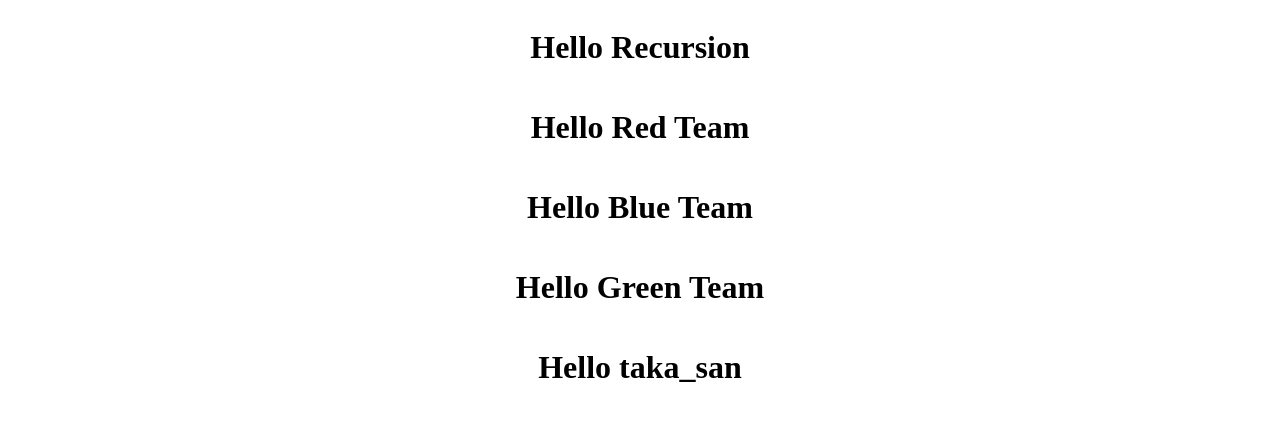
Repository: teamdev-testBlue/task1
Page: index.html
These files come from the project's save history. The page is drawn as it stood at one moment and after the next save; the edit follows.
The browser window is 1280 px wide. The pictures show the whole page.

Above is the page before, as saved 2023-03-19 23:30:25.

### index.html
<!DOCTYPE html>
<html lang="ja">
<head>
    <meta charset="UTF-8">
    <meta http-equiv="X-UA-Compatible" content="IE=edge">
    <meta name="viewport" content="width=device-width, initial-scale=1.0">
    <title>初心者チーム開発</title>
    <link rel="stylesheet" href="style.css">
</head>
<body>
    <div class="container">
        <h1>Hello Recursion</h1>
        <h1>Hello Red Team</h1>
        <h1>Hello Blue Team</h1>
        <h1>Hello Green Team</h1>
        <h1>Hello taka_san</h1>
    </div>
</body>
</html>

### style.css
.container {
    display:flex;
    flex-flow: column;
    align-items: center;
}

After the next save:
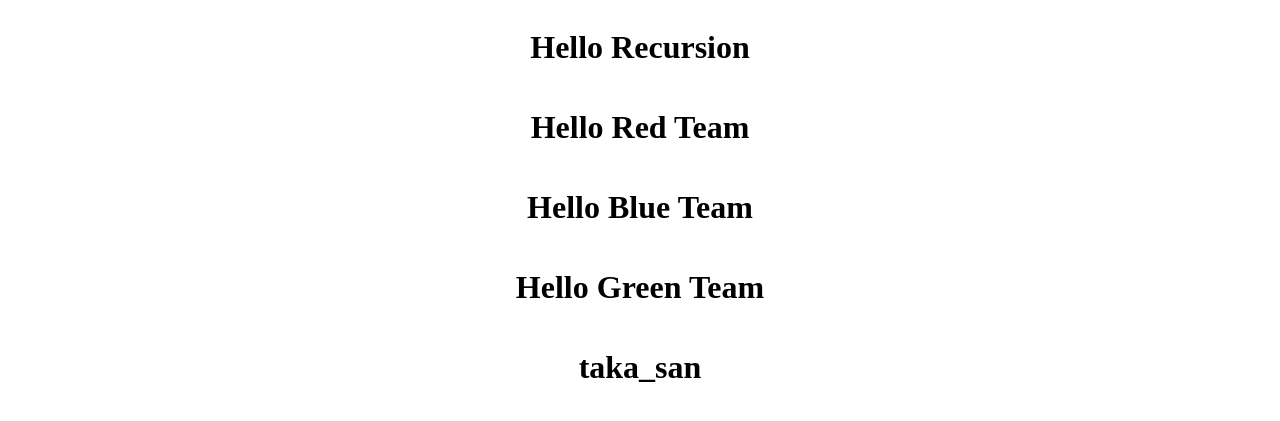
Saved 9 s later.
--- a/index.html
+++ b/index.html
@@ -13,7 +13,7 @@
         <h1>Hello Red Team</h1>
         <h1>Hello Blue Team</h1>
         <h1>Hello Green Team</h1>
-        <h1>Hello taka_san</h1>
+        <h1>taka_san</h1>
     </div>
 </body>
 </html>
